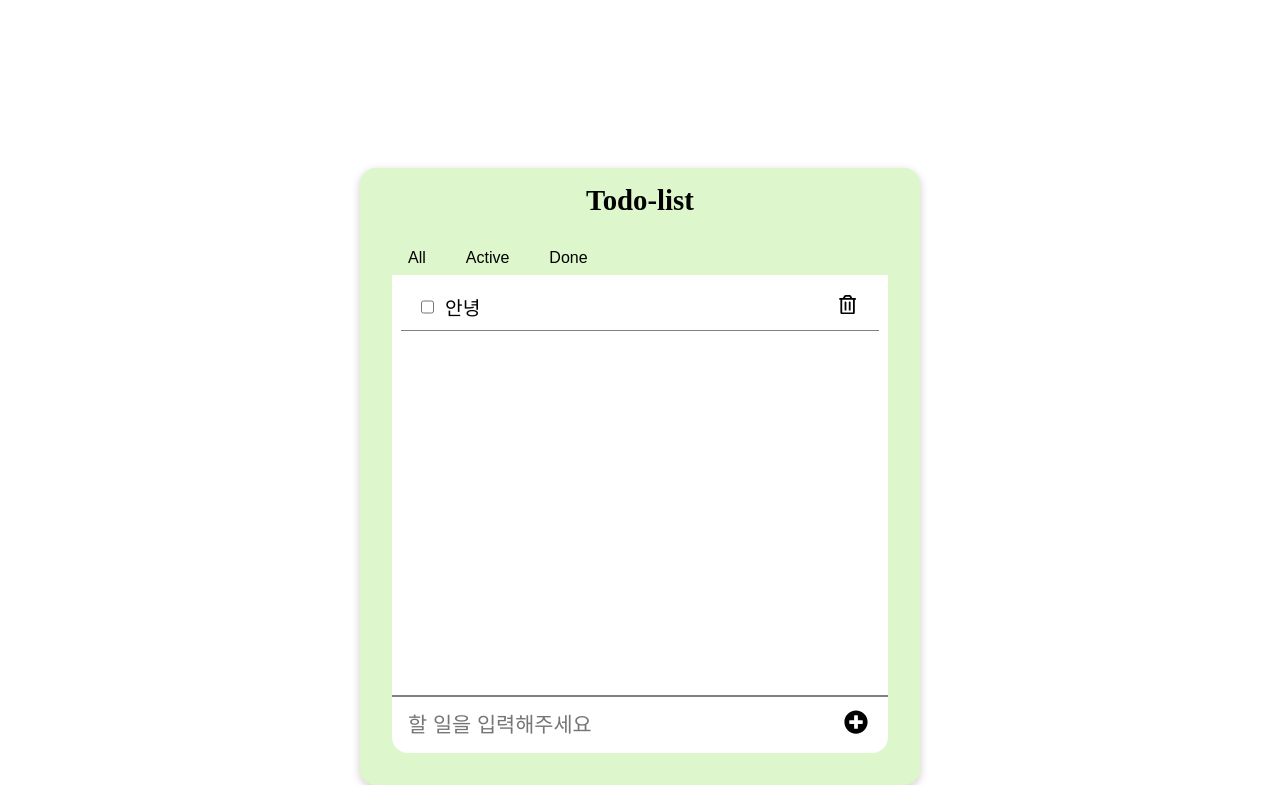
Repository: Yugayoung/todoList
Page: /
The author's editor kept a copy of each file at every save. The page is drawn from the files as they stood at one save, then again after the next save.
The browser window is 1280 px wide. The pictures show the whole page.
Some web fonts or font styles are not loaded; a fallback is used. The project was rebuilt for these pictures with package versions that can differ from the ones it lists, and the page was loaded fresh each time. Also part of the build but not shown: src/App.css.

Above is the page before, as saved 2024-03-21 23:32:46.

After the next save:
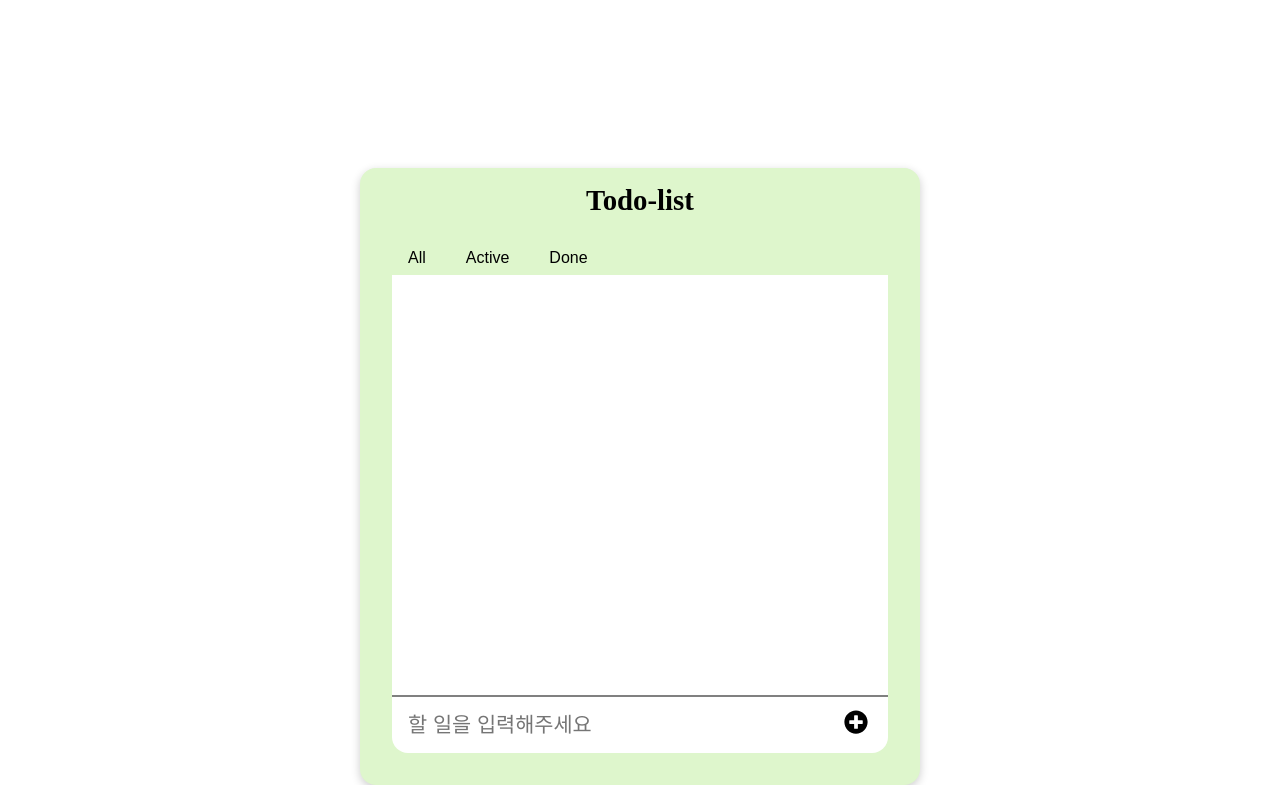
Saved 2 min 0 s later.
--- a/src/pages/todo.jsx
+++ b/src/pages/todo.jsx
@@ -78,13 +78,15 @@ export default function Todo() {
 
         {/* TodoList */}
         <TodoUl>
-          <TodoLi>
-            <input type='checkbox' />
-            <Label htmlFor=''>안녕</Label>
-            <Btn>
-              <FaRegTrashAlt />
-            </Btn>
-          </TodoLi>
+          {todos.map((item) => (
+            <TodoLi>
+              <input type='checkbox' />
+              <Label htmlFor=''>안녕</Label>
+              <Btn>
+                <FaRegTrashAlt />
+              </Btn>
+            </TodoLi>
+          ))}
         </TodoUl>
 
         {/* 할일 입력 */}
